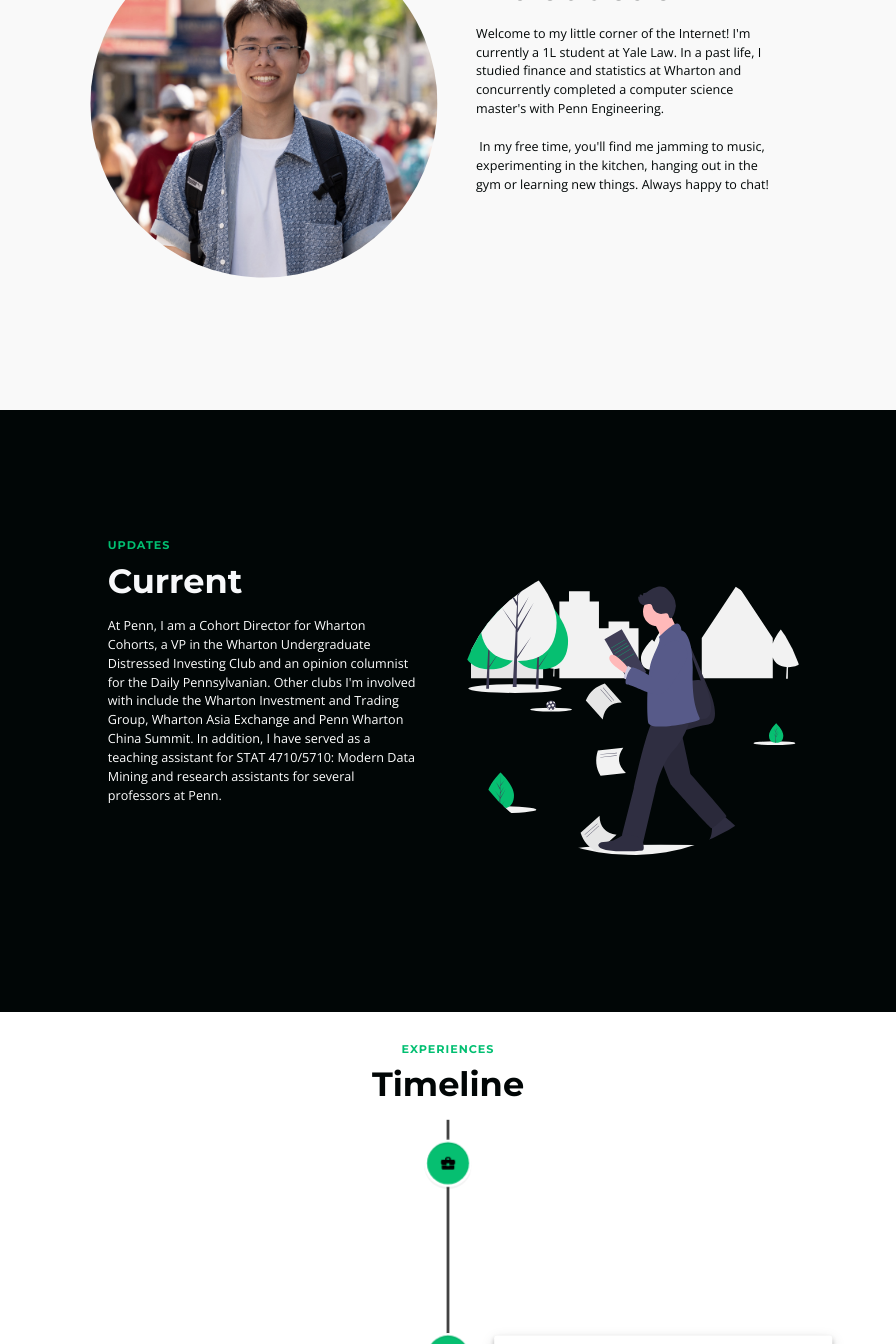
Repository: icer6683/Website
Page: /
These files come from the project's save history. The page is drawn as it stood at one moment and after the next save; the edit follows.
The browser window is 1280 px wide. The pictures show the part of the page from y = 1154 to 3074 px (the page is 5298 px tall), at 70% of full size.
The project was rebuilt for these pictures with package versions that can differ from the ones it lists, and the page was loaded fresh each time. Also part of the build but not shown: src/Components/ContactMe/ContactMeElements.js, src/Components/ContactMe/index.js, src/Pages/contactme.js. Imported but missing from the stored project, and not drawn on this page: src/Video/video.mp4.

Above is the page before, as saved 2025-01-25 00:04:13.

### public/index.html
<!DOCTYPE html>
<html lang="en">

<head>
  <meta charset="utf-8" />
  <link rel="icon" href="%PUBLIC_URL%/logo.png" />
  <meta name="viewport" content="width=device-width, initial-scale=1" />
  <meta name="theme-color" content="#000000" />
  <meta name="name" content="Andrew Lou" />
  <meta name="description" content=" Portfolio website of Andrew Lou, a undergradaute student at Wharton." />
  <meta name="keywords" content="Andrew Lou, Wharton, Cornell, UPenn, Finance, Computer Science, Connecticut ">
  <link rel="apple-touch-icon" href="%PUBLIC_URL%/logo.png" />
  <link rel="stylesheet" href="https://use.fontawesome.com/releases/v5.15.1/css/all.css"
    integrity="sha384-vp86vTRFVJgpjF9jiIGPEEqYqlDwgyBgEF109VFjmqGmIY/Y4HV4d3Gp2irVfcrp" crossorigin="anonymous">
  <link rel="preconnect" href="https://fonts.gstatic.com">
  <link rel="preconnect" href="https://fonts.gstatic.com">
  <link href="https://fonts.googleapis.com/css2?family=Montserrat:wght@600;700&display=swap" rel="stylesheet">
  <link rel="preconnect" href="https://fonts.gstatic.com">
  <link href="https://fonts.googleapis.com/css2?family=Open+Sans:wght@300;400&display=swap" rel="stylesheet">
  <!--
      manifest.json provides metadata used when your web app is installed on a
      user's mobile device or desktop. See https://developers.google.com/web/fundamentals/web-app-manifest/
    -->
  <link rel="manifest" href="%PUBLIC_URL%/manifest.json" />
  <!--
      Notice the use of %PUBLIC_URL% in the tags above.
      It will be replaced with the URL of the `public` folder during the build.
      Only files inside the `public` folder can be referenced from the HTML.

      Unlike "/favicon.ico" or "favicon.ico", "%PUBLIC_URL%/favicon.ico" will
      work correctly both with client-side routing and a non-root public URL.
      Learn how to configure a non-root public URL by running `npm run build`.
    -->
  <title>Andrew Lou</title>
</head>

<body>
  <noscript>Hey there! This is Andrew. I'm orginally from Connecticut. I'm currently a sophomore at Wharton focusing on
    finance and computer science. Browse this website to learn more me! </noscript>
  <div id="root"></div>
  <!--
      This HTML file is a template.
      If you open it directly in the browser, you will see an empty page.

      You can add webfonts, meta tags, or analytics to this file.
      The build step will place the bundled scripts into the <body> tag.

      To begin the development, run `npm start` or `yarn start`.
      To create a production bundle, use `npm run build` or `yarn build`.
    -->
</body>

</html>

### src/App.js
import './App.css';
import React from 'react';
import { BrowserRouter as Router, Switch, Route } from 'react-router-dom'
import Home from './Pages';
import ContactMePage from './Pages/contactme';
function App() {
  return (
    <Router>
      <Switch>
        <Route path="/" component={Home} exact />
        <Route path="/contactme" component={ContactMePage} exact />
      </Switch>
    </Router>
  );
}

export default App;

### src/App.css
*{
  box-sizing: border-box;
  margin: 0;
  padding:0;
  font-family: 'Montserrat', sans-serif;
}

### src/Pages/index.js
import React, { useState } from 'react'
import Navbar from '../Components/Navbar';
import Topbar from '../Components/Topbar';
import HeroSection from '../Components/Main';
import Sections from '../Components/Sections';
import Gallery from '../Components/Gallery';
import { homeObjOne, homeObjTwo } from '../Components/Sections/Data';
import Footer from '../Components/Footer'
import Timeline from '../Components/Timeline';
const Home = () => {
    const [isOpen, setIsOpen] = useState(false);

    const toggle = () => {
        setIsOpen(!isOpen);
    };
    return (
        <>
            <Topbar isOpen={isOpen} toggle={toggle} />
            <Navbar toggle={toggle} />
            <HeroSection />
            <Sections {...homeObjOne} />
            <Sections {...homeObjTwo} />
            <Timeline />
            <Gallery />
            <Footer />
        </>
    )
}

export default Home

### src/Components/Topbar/index.js
import React from 'react';
import { TopbarContainer, Icon, CloseIcon, TopbarWrapper, TopbarMenu, TopbarLink, TopBtnWrap, TopbarRoute, TopbarContactMe, StyledPopup, TopBtnLink }
    from './TopbarElements';
import { animateScroll as scroll } from 'react-scroll';

const Topbar = ({ isOpen, toggle }) => {
    const changeTop = () => {
        scroll.scrollToTop();
    }
    return (
        <TopbarContainer isOpen={isOpen} onClick={toggle}>
            <Icon onClick={toggle}>
                <CloseIcon />
            </Icon>
            <TopbarWrapper>
                <TopbarMenu>
                    <TopbarLink to="about" onClick={toggle}>About</TopbarLink>
                    <TopbarLink to="updates" onClick={toggle}>Updates</TopbarLink>
                    <TopbarLink to="experiences" onClick={toggle}>Experiences</TopbarLink>
                    <TopbarLink to="interests" onClick={toggle}>Interests</TopbarLink>
                </TopbarMenu>
                <TopBtnWrap>
                    <TopBtnLink to='/contactme' onClick={changeTop}>Contact Me</TopBtnLink>
                </TopBtnWrap>
            </TopbarWrapper>
        </TopbarContainer>
    );
};

export default Topbar;

### src/Components/Main/index.js
import React from 'react';
import Video from '../../Video/video.mp4';
import { HeroContainer, HeroBg, VideoBg, HeroContent, HeroH1, HeroP, HeroBtnMenu, HeroSmall } from './HeroElements';
import './Main.css';
import Typewriter from 'typewriter-effect';
const HeroSection = ({ shape }) => {
    return (
        <HeroContainer id="home">
            <HeroBg>
                <VideoBg autoPlay loop playsinline muted src={Video} type='video/mp4' style={{ WebkitMediaControls: 'display(none)' }} />
            </HeroBg>
            <HeroContent>
                <HeroH1><Typewriter
                    onInit={(typewriter) => {
                        typewriter
                            .typeString("Hey there!")
                            .pauseFor(1000)
                            .deleteAll()
                            .typeString("I'm Andrew. ")
                            .start();
                    }}
                /></HeroH1>
                <HeroP>
                    J.D Candidate at <a href="https://law.yale.edu/" class="yaleLink">Yale Law</a>.
                </HeroP>
                <HeroBtnMenu>
                    <a href="https://github.com/icer6683" className="buttonMain" target="_blank" rel="noreferrer"><i class="fab fa-github fa-2x button"></i></a>
                    <a href="http://www.linkedin.com/in/andrewlou6683" className="buttonMain" target="_blank" rel="noreferrer"><i class="fab fa-linkedin fa-2x button"></i></a>
                </HeroBtnMenu>
                <HeroSmall style={{ transform: 'translate(0%, 1400%)' }}>
                    Built from scratch with React, HTML5 and CSS3
                </HeroSmall>
            </HeroContent>
        </HeroContainer>
    )
}

export default HeroSection

### src/Components/Sections/index.js
import React from 'react'
import {Button} from '../ButtonElement'
import {InfoContainer, InfoWrapper, InfoRow, Column1, TextWrapper, TopLine, Heading, Subtitle, BtnWrap, Column2, ImgWrap, Img, A} from './SectionElements'
import ArrowForwardIcon from '@material-ui/icons/ArrowForward';
const Sections = ({onClick, lightBg, id, imgStart, topLine, lightText, headline, darkText, description, buttonLabel, img, alt, round, shape, primary, dark, dark2, show,src}) => {
    return (
        <>
            <InfoContainer lightBg={lightBg} id={id}>
                <InfoWrapper>
                    <InfoRow imgStart={imgStart}>
                        <Column1>
                            <TextWrapper>
                                <TopLine>{topLine}</TopLine>
                                <Heading lightText = {lightText}>{headline}</Heading>
                                <Subtitle darkText = {darkText}>{description}</Subtitle>
                                <BtnWrap>
                                    <Button
                                    shape = {shape}
                                    smooth={true}
                                    duration = {true}
                                    spy={true}
                                    exact='true'
                                    offset={-80}
                                    primary={primary? 1 : 0}
                                    dark = {dark ? 1 : 0}
                                    dark2 = {dark2 ? 1 : 0}
                                    style = {{display: show}}
                                ><A href={src} onClick={onClick}>{buttonLabel}&nbsp;<ArrowForwardIcon style = {{fontSize: '1rem'}}/></A></Button>
                                </BtnWrap>
                            </TextWrapper>
                        </Column1>

                        <Column2>
                            <ImgWrap>
                                <Img src = {img} alt={alt} round={round}/>
                            </ImgWrap>
                        </Column2>
                    </InfoRow>
                </InfoWrapper>
            </InfoContainer>
        </>
    )
}

export default Sections;

### src/Components/Sections/Data.js
import face from '../../Images/face.JPG';
import walking from '../../Images/walking.svg';

export const homeObjOne = {
    id: 'about',
    lightBg: true,
    lightText: false,
    lightTextDesc: false,
    topLine: 'Welcome',
    headline: "Introduction",
    description: "Welcome to my little corner of the Internet! I'm currently a 1L student at Yale Law. In a past life, I studied finance and statistics at Wharton and concurrently completed a computer science master's with Penn Engineering. \n\n In my free time, you'll find me jamming to music, experimenting in the kitchen, hanging out in the gym or learning new things. Always happy to chat!",
    shape: false,
    imgStart: true,
    img: face,
    alt: 'Face',
    dark: true,
    primary: true,
    darkText: true,
    round: true,
    show: 'none'
}
export const homeObjTwo = {
    id: 'updates',
    lightBg: false,
    lightText: true,
    lightTextDesc: true,
    topLine: 'Updates',
    headline: "Current",
    description: "At Penn, I am a Cohort Director for Wharton Cohorts, a VP in the Wharton Undergraduate Distressed Investing Club and an opinion columnist for the Daily Pennsylvanian. Other clubs I'm involved with include the Wharton Investment and Trading Group, Wharton Asia Exchange and Penn Wharton China Summit. In addition, I have served as a teaching assistant for STAT 4710/5710: Modern Data Mining and research assistants for several professors at Penn. ",
    shape: false,
    imgStart: false,
    img: walking,
    alt: 'Absorbed in Work',
    dark: false,
    primary: true,
    darkText: false,
    round: true,
    show: 'none'
}

export const homeObjThree = {
    id: 'updates',
    lightBg: false,
    lightText: true,
    lightTextDesc: true,
    topLine: 'Updates',
    headline: "Current",
    description: "At Cornell, I was involved with the Student Activities Funding Commission, Association of Computer Science Undergraduates, Ascend Business Club and Cornell Undergraduate Research Board. \n \nIn addition, I served as a consultant for CS 2110: Object-Oriented Programming and Data Structures. ",
    shape: false,
    imgStart: false,
    img: walking,
    alt: 'Absorbed in Work',
    dark: false,
    primary: true,
    darkText: false,
    round: true,
    show: 'none'
}

### src/Components/Footer/index.js
import React from 'react'
import { FooterContainer, FooterWrap, FooterLinksContainer, FooterLinksWrapper, FooterLinkItems, FooterLinkTitle, FooterLink, SocialLogo, WebsiteRights, SocialMedia, SocialMediaWrap } from './FooterElements'
import { animateScroll as scroll } from 'react-scroll';
import logo from '../logo.png';
const Footer = () => {

    const toggleHome = () => {
        scroll.scrollToTop();
    }

    return (
        <>
            <FooterContainer>
                <FooterWrap>
                    <FooterLinksContainer>
                        <FooterLinksWrapper>
                        </FooterLinksWrapper>
                    </FooterLinksContainer>

                    <SocialMedia>
                        <SocialMediaWrap>
                            <SocialLogo to='/' onClick={toggleHome}>
                                <img src={logo} style={{ width: '50px', borderRadius: '7px' }}></img>
                            </SocialLogo>
                            <WebsiteRights>Andrew Lou © {new Date().getFullYear()} All rights reserved. </WebsiteRights>
                        </SocialMediaWrap>
                    </SocialMedia>
                </FooterWrap>
            </FooterContainer >
        </>
    )
}

export default Footer

### src/Components/Main/Main.css
.buttonMain {
    width: 60px;
    height: 60px;
    background-color: white;
    color: #010606;
    text-decoration: none;
    border-radius: 50px;
    white-space: nowrap;
    outline: none;
    border: none;
    cursor: pointer;
    display: flex;
    justify-content: center;
    align-items: center;
    transition: all 0.2s ease-in-out;
    padding: 5px;
}

.yaleLink {
    color: #01bf71;
    text-decoration: none;
}

.buttonMain:hover {
    transition: all 0.2s ease-in-out;
    background-color: #01BF71;
}

### src/Components/ButtonElement.js
import styled from 'styled-components';
import {Link as LinkS} from 'react-scroll'

export const Button = styled(LinkS)`
    width: ${({shape}) => (shape ? '60px' : '')};
    height: ${({shape}) => (shape ? '60px' : '')};
    border-radius: 50px;
    background: ${({primary}) => (primary ? '#01BF71' : '#010606')};
    white-space: nowrap;
    padding: ${({big}) => (big ? '14px 48px' : '12px 30px')};
    color: ${({dark}) => (dark ? '#010606' : '#fff')};
    font-size: ${({fontBig}) =>(fontBig ? '20px' : '16px')};
    outline: none;
    border: none;
    cursor: pointer;
    display: flex;
    justify-content: center;
    align-items: center;
    transition: all 0.2s ease-in-out;
    text-decoration: none;
    font-family: 'Open Sans', sans serif;
    &: hover{
        transition: all 0.2s ease-in-out;
        background: ${({primary}) => (primary ? '#fff' : '#01BF71')};
    }
`

### src/Components/Gallery/GalleryComponents.js
import styled from 'styled-components';

export const GalleryContainer = styled.div`
    height: 900px;
    display: flex;
    flex-direction: column;
    justify-content: center;
    align-items: center;
    background: #010606;

    @media screen and (max-width: 1300px){
        height: 1200px;
    }

    @media screen and (max-width: 768px){
        height: 1900px;
    }
`

export const GalleryWrapper = styled.div`
    max-width: 1300px;
    margin: 0 auto;
    display: grid;
    grid-template-columns: 1fr 1fr 1fr 1fr;
    align-items: center;
    grid-gap: 16px;
    padding: 0 50px;

    @media screen and (max-width: 1300px){
        grid-template-columns: 1fr 1fr 1fr;
    }

    @media screen and (max-width: 1000px){
        grid-template-columns: 1fr 1fr;
    }

    @media screen and (max-width: 768px){
        grid-template-columns: 1fr;
        padding: 0 20px;
    }
`

export const GalleryCard = styled.div`
    background: #fff;
    display: flex;
    flex-direction: column;
    justify-content: flex-start;
    align-items: center;
    border-radius: 10px;
    max-width: 340px;
    height: 350px;
    padding: 30px;
    box-shadow: 0 1px 3px rgba (0,0,0,0.2);
    transition: all 0.2s ease-in-out;

    &:hover{
        transform: scale(1.02);
        transition: all 0.2s ease-in-out;
        cursor: pointer;
    }
`

export const GalleryIcon = styled.img`
    height: 160px;
    width: 160px;
    margin-bottom: 10px;
`

export const GalleryH1 = styled.h1`
    font-size: 2.5rem;
    color: #fff;
    margin-bottom: 64px;

    @media screen and (max-width: 480px){
        font-size: 2rem;
    }
`

export const GalleryH2 = styled.h2`
    font-size: 1rem;
    margin-bottom: 10px;
`

export const GalleryP = styled.p`
    font-size: 0.9rem;
    text-align: center;
    font-family: 'Open Sans', sans serif;
`

### src/Components/Footer/FooterElements.js
import styled from 'styled-components';
import {Link} from 'react-router-dom';
export const FooterContainer = styled.footer`
    background-color: #101522;
`

export const FooterWrap= styled.div`
    padding: 48px 24px;
    display: flex;
    flex-direction: column;
    justify-content: center;
    align-items: center;
    max-width: 1100px;
    margin: 0 auto;
`

export const FooterLinksContainer = styled.div`
    display: flex;
    justify-content: center;

    @media screen and (max-width: 820px){
        padding-top: 32px;
    }
`

export const FooterLinksWrapper = styled.div`
    display: flex;

    @media screen and (max-width: 820px){
        flex-direction: column;
    }
`

export const FooterLinkItems = styled.div`
    display: flex;
    flex-direction: column;
    align-items: flex-start;
    margin: 16px;
    text-align: center;
    width: 160px;
    box-sizing: border-box;
    color: #fff;

    @media screen and (max-width: 420px){
        margin: 0;
        padding: 10px;
        width: 100%;
    }
`

export const FooterLinkTitle = styled.h1`
    font-size: 14px;
    margin-bottom: 16px;

`

export const FooterLink = styled(Link)`
    font-family: 'Open Sans', sans serif;
    color: #fff;
    text-decoration: none;
    margin-bottom: 0.5rem;
    font-size: 14px;
    font-weight: 300px;
    &:hover{
        color: #01bf71;
        transition: 0.3s ease-in-out;
    }
`
export const SocialMedia = styled.section`
    max-width: 1000px;
    width: 100%;
`

export const SocialMediaWrap = styled.div`
    display: flex;
    justify-content: space-between;
    align-items: center;
    max-width: 1100px;
    margin: 40px auto 0 auto;

    @media screen and (max-width: 820px){
        flex-direction: column;
    }
`
export const SocialLogo = styled(Link)`
    color: #fff;
    justify-self: start;
    cursor: pointer;
    text-decoration: none;
    font-size: 1.5rem;
    display: flex;
    align-items: center;
    margin-bottom: 16px;
    font-weight: bold;
`

export const WebsiteRights = styled.small`
    color: #fff;
    margin-bottom: 16px;

`

### src/Components/Timeline/TimelineElements.js
import styled from 'styled-components'

let TimelineElements = [
    {
        id: 1,
        title: "Summer Internship @ Guggenheim Securities",
        location: "New York, New York",
        description: "Fixing balance sheets",
        icon: "work",
    },
    {
        id: 2,
        title: "Summer Internship @ Jett Capital Advisors",
        location: "New York, New York",
        description: "M&A and financing in the mining, metals and clean tech space ",
        icon: "work",
    },
    {
        id: 3,
        title: "Undergrad @ Wharton",
        location: "Philadelphia, Pennsylvania",
        description: "Summa cum laude",
        icon: "school",
    },
    {
        id: 5,
        title: "High School Diploma @ Cheshire High School",
        location: "Cheshire, Connecticut",
        description: "Valedictorian",
        icon: "school",
    },
];

export const BtnWrap = styled.nav`
    display: flex;
    align-items: center;
`
export default TimelineElements;

### src/Components/Timeline/Timeline.css
#experiences {
    padding-left: 30px;
    padding-right: 30px;
    padding-bottom: 30px;
}

.topline {
    color: #01bf71;
    font-size: 16px;
    line-height: 16px;
    font-weight: 700;
    letter-spacing: 1.4px;
    text-transform: uppercase;
    margin-bottom: 16px;
    text-align: center;
    padding: 45px 0 0 0;
}

.title {
    text-align: center;
    margin-bottom: 24px;
    font-size: 48px;
    line-height: 1.1;
    font-weight: 700;
    color: #010606;

    @media screen and (max-width: 480px) {
        font-size: 32px;
    }
}

h3 {
    padding-top: 0.25em;
}

.vertical-timeline-element-content {
    padding: 2rem 3em !important;
    box-shadow: 0 0.25em 0.5em 0 rgba(0, 0, 0, 0.25),
        0 0.4em 1.25em 0 rgba(0, 0, 0, 0.15) !important;
}

.vertical-timeline-element {
    color: black;
}


.date {
    color: rgb(151, 151, 151);
}

#description {
    margin: 1.5em 0 2em 0;
    font-family: 'Open Sans', sans-serif;
}

.buttonTime {
    max-width: 195px;
    border-radius: 5px;
    padding: 0.5em 1em;
    color: #010606;
    cursor: pointer;
    transition: all 0.2s ease-in-out;
    text-decoration: none;
}

.workButton {
    background: #06bf71;
}

.workButton:hover {
    background: white;
}

.schoolButton {
    background: #65E4FF;
}

.schoolButton:hover {
    background: white;
}

.custom-line::before {
    background: #424242;
}


@media only screen and (max-width: 1700px) {
    .vertical-timeline-element-date {
        display: block !important;
        float: none !important;
        color: rgb(44, 44, 44);
        margin-top: 1.5em;
    }
}

Loaded but not shown: src/index.js (common file); src/Components/Navbar/NavbarElements.js (176 lines, source omitted); src/Components/Navbar/index.js (77 lines, source omitted); src/Components/Topbar/TopbarElements.js (129 lines, source omitted); src/Components/Gallery/index.js (45 lines, source omitted); src/Components/Sections/SectionElements.js (115 lines, source omitted); src/Components/Timeline/index.js (49 lines, source omitted); src/Components/Main/HeroElements.js (115 lines, source omitted)

After the next save:
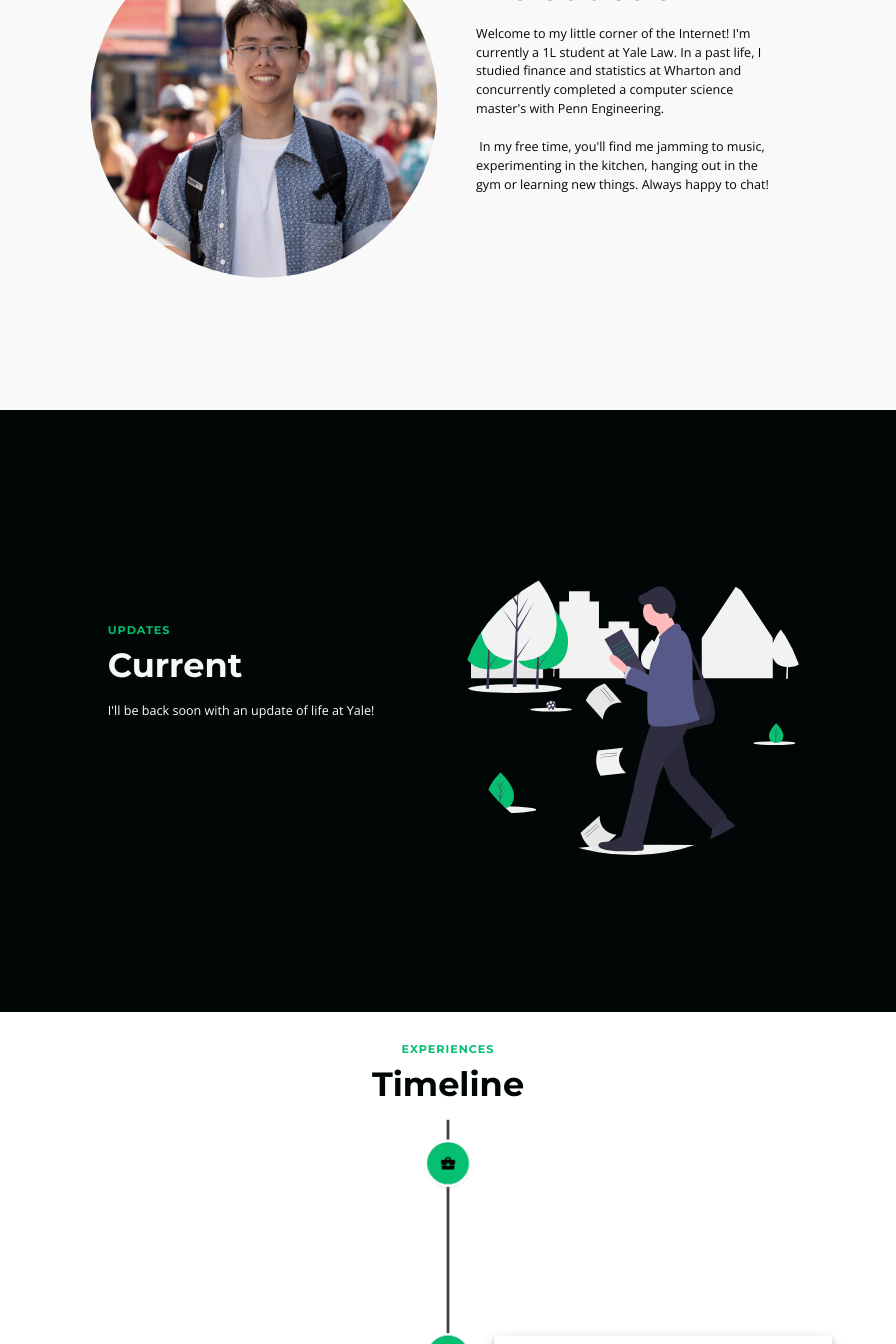
Saved 5 min 44 s later.
--- a/src/Components/Sections/Data.js
+++ b/src/Components/Sections/Data.js
@@ -26,6 +26,24 @@ export const homeObjTwo = {
     lightTextDesc: true,
     topLine: 'Updates',
     headline: "Current",
+    description: "I'll be back soon with an update of life at Yale! ",
+    shape: false,
+    imgStart: false,
+    img: walking,
+    alt: 'Absorbed in Work',
+    dark: false,
+    primary: true,
+    darkText: false,
+    round: true,
+    show: 'none'
+}
+export const homeObjThree = {
+    id: 'updates',
+    lightBg: false,
+    lightText: true,
+    lightTextDesc: true,
+    topLine: 'Updates',
+    headline: "Current",
     description: "At Penn, I am a Cohort Director for Wharton Cohorts, a VP in the Wharton Undergraduate Distressed Investing Club and an opinion columnist for the Daily Pennsylvanian. Other clubs I'm involved with include the Wharton Investment and Trading Group, Wharton Asia Exchange and Penn Wharton China Summit. In addition, I have served as a teaching assistant for STAT 4710/5710: Modern Data Mining and research assistants for several professors at Penn. ",
     shape: false,
     imgStart: false,
@@ -38,7 +56,7 @@ export const homeObjTwo = {
     show: 'none'
 }
 
-export const homeObjThree = {
+export const homeObjFour = {
     id: 'updates',
     lightBg: false,
     lightText: true,
